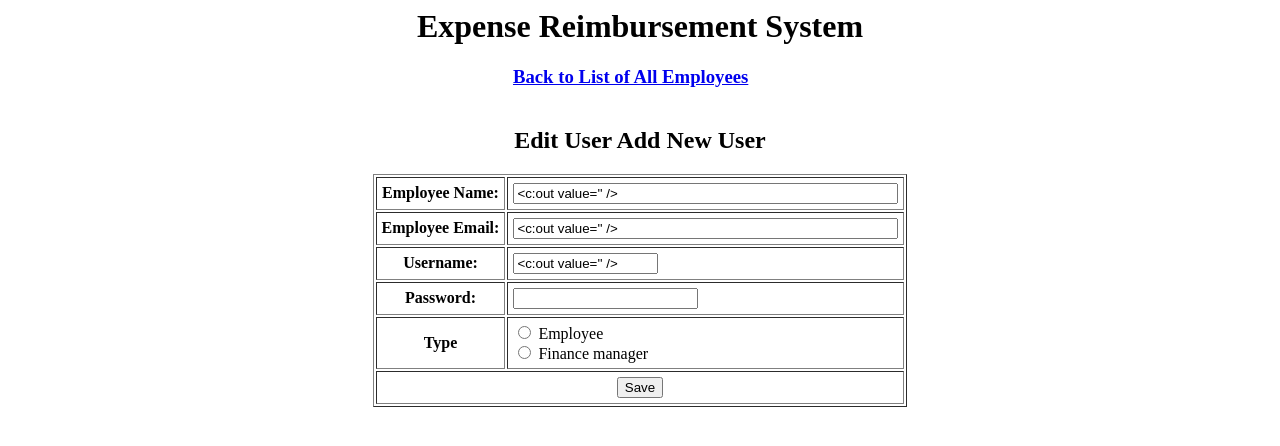
Repository: CCunningham0/project1
Page: http://localhost/reimbursement/employee-form.jsp
An editor plug-in stored every save of this project. The page is shown before and after the next save, followed by the edit.
The browser window is 1280 px wide. The pictures show the whole page.
The page is served by Tomcat 10. Other server files are loaded and not shown. The template is opened directly, without the code that normally fills it, so the values that code supplies are empty.

Above is the page before, as saved 2021-09-07 02:02:55.
Console error: SyntaxError: Unexpected token ')'

### reimbursement/src/main/webapp/employee-form.jsp
<html>
<head>
<meta charset="UTF-8">
<title>Expense Reimbursement System</title>

<script type="text/javascript" language="javascript" src="https://code.jquery.com/jquery-3.5.1.js"></script>
<script type="text/javascript">


					$(document).ready(function() {
						$.ajax(
						{url: "http://localhost:8080/reimbursement/EmployeeServlet?action=add",
						success: function(result){
						//response = $.parseJSON(result);
						console.log(result);

						$("#register").click(function() {
						var name = $("#name").val();
						var email = $("#email").val();
						var password = $("#password").val();
						var cpassword = $("#cpassword").val();
						if (name == '' || email == '' || password == '' || cpassword == '') {
						alert("Please fill all fields...!!!!!!");
						} else if ((password.length) < 8) {
						alert("Password should atleast 8 character in length...!!!!!!");
						} else if (!(password).match(cpassword)) {
						alert("Your passwords don't match. Try again?");
						} else {
						$.post("register.php", {
						name1: name,
						email1: email,
						password1: password
						}, function(data) {
						if (data == 'You have Successfully Registered.....') {
						$("form")[0].reset();
						}
						alert(data);
						});
						}
						});
						});

				};
					}


	$(document).ready(function() {
	$("div#form1").append(
	// Creating Form Div and Adding <h2> and <p> Paragraph Tag in it.
	$("<h3/>").text("Contact Form"), $("<p/>").text("This is my form. Please fill it out. It's awesome!"), $("<form/>", {
	action: '#',method: '#' }).append(
	// Create <form> Tag and Appending in HTML Div form1.
	$("<input/>", {type: 'text',id: 'vname', name: 'name',placeholder: 'Your Name'
	}),
	// Creating Input Element With Attribute.
	$("<input/>", {type: 'text',id: 'vemail', name: 'email',placeholder: 'Your Email'
	}),
	$("<textarea/>", {
	rows: '5px',
	cols: '27px',
	type: 'text',
	id: 'vmsg',
	name: 'msg',
	placeholder: 'Message'
	}), $("<br/>"),
	$("<input/>", {type: 'submit',id: 'submit',value: 'Submit'
	})))
	});

	</script>

	</head>
	 <center>
  <h1>Expense Reimbursement System</h1>
        <h3>
         <a href="employee-list.jsp">Back to List of All Employees</a>
         &nbsp;&nbsp;&nbsp;
         <!-- <a href="list">List All Employee</a> -->

        </h3>
 </center>
<body>


    <div align="center">
  <c:if test="${employee != null}">
   <form action="update" method="post">
        </c:if>
        <c:if test="${employee == null}">
    </div>
 <center>
  <div>
   <form action="adde" method="post">
        </c:if>
        <table border="1" cellpadding="5">
            <caption>
             <h2>
              <c:if test="${employee != null}">
               Edit User
              </c:if>
              <c:if test="${employee == null}">
               Add New User
              </c:if>
             </h2>
            </caption>
          <c:if test="${employee != null}">
           <input type="hidden" name="id" value="<c:out value='${employee.id}' />" />
          </c:if>
            <tr>
                <th>Employee Name: </th>
                <td>
                 <input type="text" name="name" size="45"
                   value="<c:out value='${employee.name}' />"
                  />
                </td>
            </tr>
            <tr>
                <th>Employee Email: </th>
                <td>
                 <input type="text" name="email" size="45"
                   value="<c:out value='${employee.email}' />"
                 />
                </td>
            </tr>
            <tr>
                <th>Username: </th>
                <td>
                 <input type="text" name="username" size="15"
                   value="<c:out value='${employee.username}' />"
                 />
                </td>
            </tr>
            <tr>
                <th>Password: </th>
                <td>
                 <input type="number" name="password" size="15"
                   value="<c:out value='${employee.password}' />"
                 />
                </td>
            </tr>
            <tr>
                <th>Type </th>
                <td>
				  <input type="radio" id="emp" name="hr" value="Employee">
				  <label for="emp">Employee</label>
				  <br>
				  <input type="radio" id="manager" name="hr" value="Finance manager">
				  <label for="manager">Finance manager</label>
                </td>
            </tr>
            <tr>
             <td colspan="2" align="center">
              <input type="submit" value="Save" />
             </td>
            </tr>
        </table>
        </form>
    </div>
  </center>

</body>

After the next save:
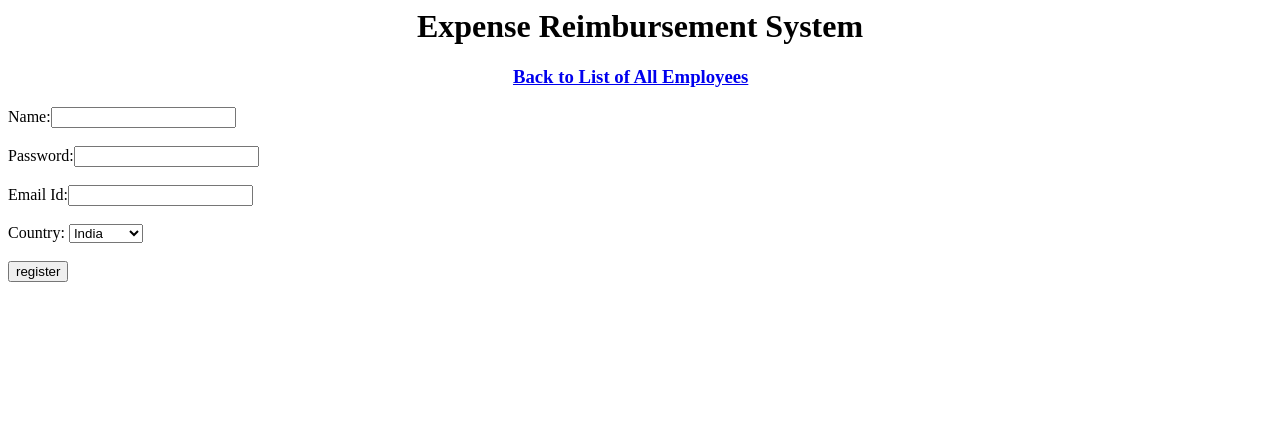
The error is gone.
Saved 10 min 8 s later.
--- a/reimbursement/src/main/webapp/employee-form.jsp
+++ b/reimbursement/src/main/webapp/employee-form.jsp
@@ -5,67 +5,6 @@
 
 <script type="text/javascript" language="javascript" src="https://code.jquery.com/jquery-3.5.1.js"></script>
 <script type="text/javascript">
-
-
-					$(document).ready(function() {
-						$.ajax(
-						{url: "http://localhost:8080/reimbursement/EmployeeServlet?action=add",
-						success: function(result){
-						//response = $.parseJSON(result);
-						console.log(result);
-
-						$("#register").click(function() {
-						var name = $("#name").val();
-						var email = $("#email").val();
-						var password = $("#password").val();
-						var cpassword = $("#cpassword").val();
-						if (name == '' || email == '' || password == '' || cpassword == '') {
-						alert("Please fill all fields...!!!!!!");
-						} else if ((password.length) < 8) {
-						alert("Password should atleast 8 character in length...!!!!!!");
-						} else if (!(password).match(cpassword)) {
-						alert("Your passwords don't match. Try again?");
-						} else {
-						$.post("register.php", {
-						name1: name,
-						email1: email,
-						password1: password
-						}, function(data) {
-						if (data == 'You have Successfully Registered.....') {
-						$("form")[0].reset();
-						}
-						alert(data);
-						});
-						}
-						});
-						});
-
-				};
-					}
-
-
-	$(document).ready(function() {
-	$("div#form1").append(
-	// Creating Form Div and Adding <h2> and <p> Paragraph Tag in it.
-	$("<h3/>").text("Contact Form"), $("<p/>").text("This is my form. Please fill it out. It's awesome!"), $("<form/>", {
-	action: '#',method: '#' }).append(
-	// Create <form> Tag and Appending in HTML Div form1.
-	$("<input/>", {type: 'text',id: 'vname', name: 'name',placeholder: 'Your Name'
-	}),
-	// Creating Input Element With Attribute.
-	$("<input/>", {type: 'text',id: 'vemail', name: 'email',placeholder: 'Your Email'
-	}),
-	$("<textarea/>", {
-	rows: '5px',
-	cols: '27px',
-	type: 'text',
-	id: 'vmsg',
-	name: 'msg',
-	placeholder: 'Message'
-	}), $("<br/>"),
-	$("<input/>", {type: 'submit',id: 'submit',value: 'Submit'
-	})))
-	});
 
 	</script>
 
@@ -80,9 +19,29 @@
         </h3>
  </center>
 <body>
+<html>
+<body>
+<form action="add" method="post">
+
+Name:<input type="text" name="userName"/><br/><br/>
+Password:<input type="password" name="userPass"/><br/><br/>
+Email Id:<input type="text" name="userEmail"/><br/><br/>
+Country:
+<select name="userCountry">
+<option>India</option>
+<option>Pakistan</option>
+<option>other</option>
+</select>
+
+<br/><br/>
+<input type="submit" value="register"/>
+
+</form>
+</body>
+</html>
 
 
-    <div align="center">
+   <%--  <div align="center">
   <c:if test="${employee != null}">
    <form action="update" method="post">
         </c:if>
@@ -90,7 +49,7 @@
     </div>
  <center>
   <div>
-   <form action="adde" method="post">
+   <form action="add" method="post">
         </c:if>
         <table border="1" cellpadding="5">
             <caption>
@@ -155,7 +114,7 @@
             </tr>
         </table>
         </form>
-    </div>
+    </div>  --%>
   </center>
 
 </body>
